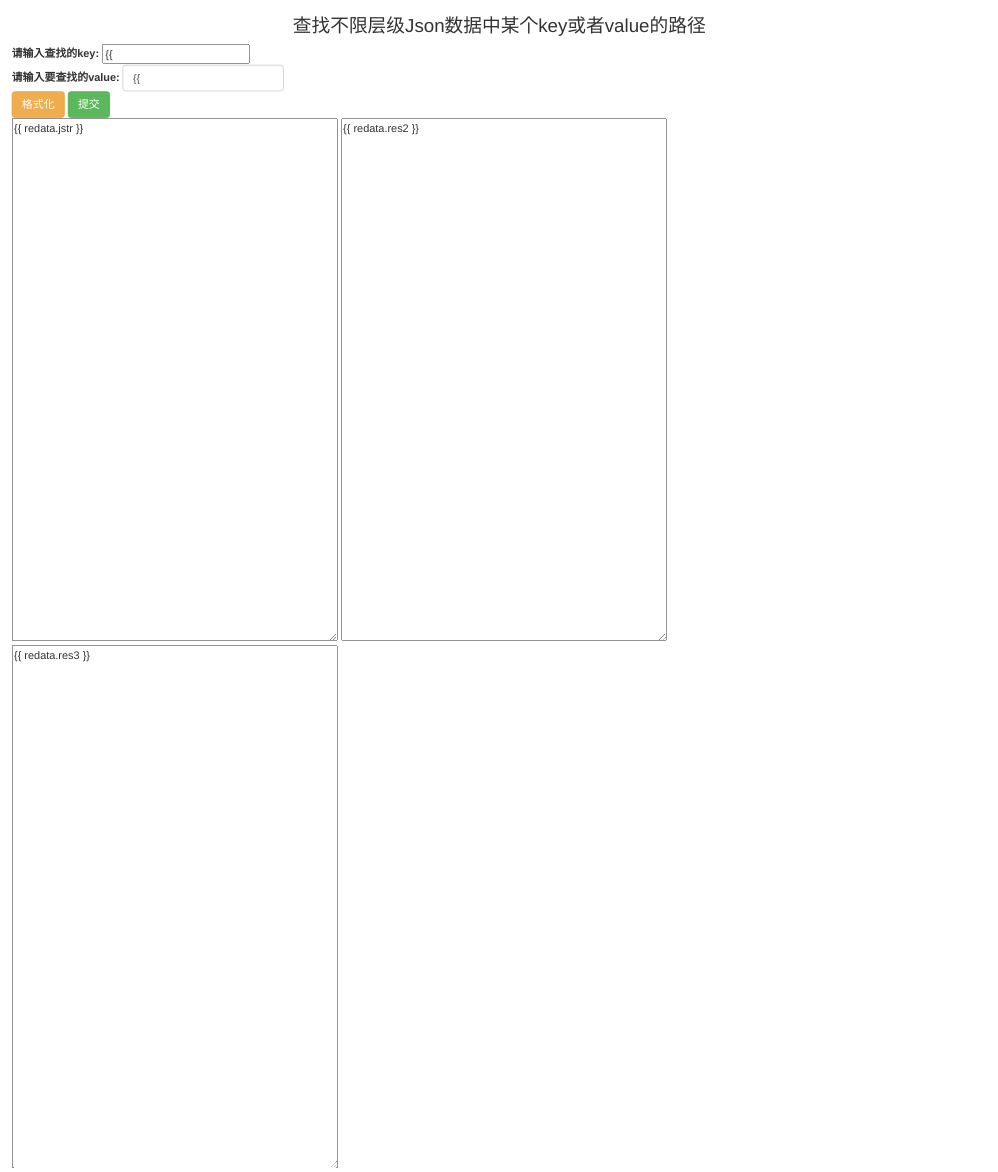
Repository: wangyanqing666/study
Page: other.html
These files come from the project's save history. The page is drawn as it stood at one moment and after the next save; the edit follows.
The browser window is 1280 px wide. The pictures show the whole page, at 78% of full size.
Some web libraries are served in a nearby version.

Above is the page before, as saved 2020-12-03 11:18:06.

After the next save:
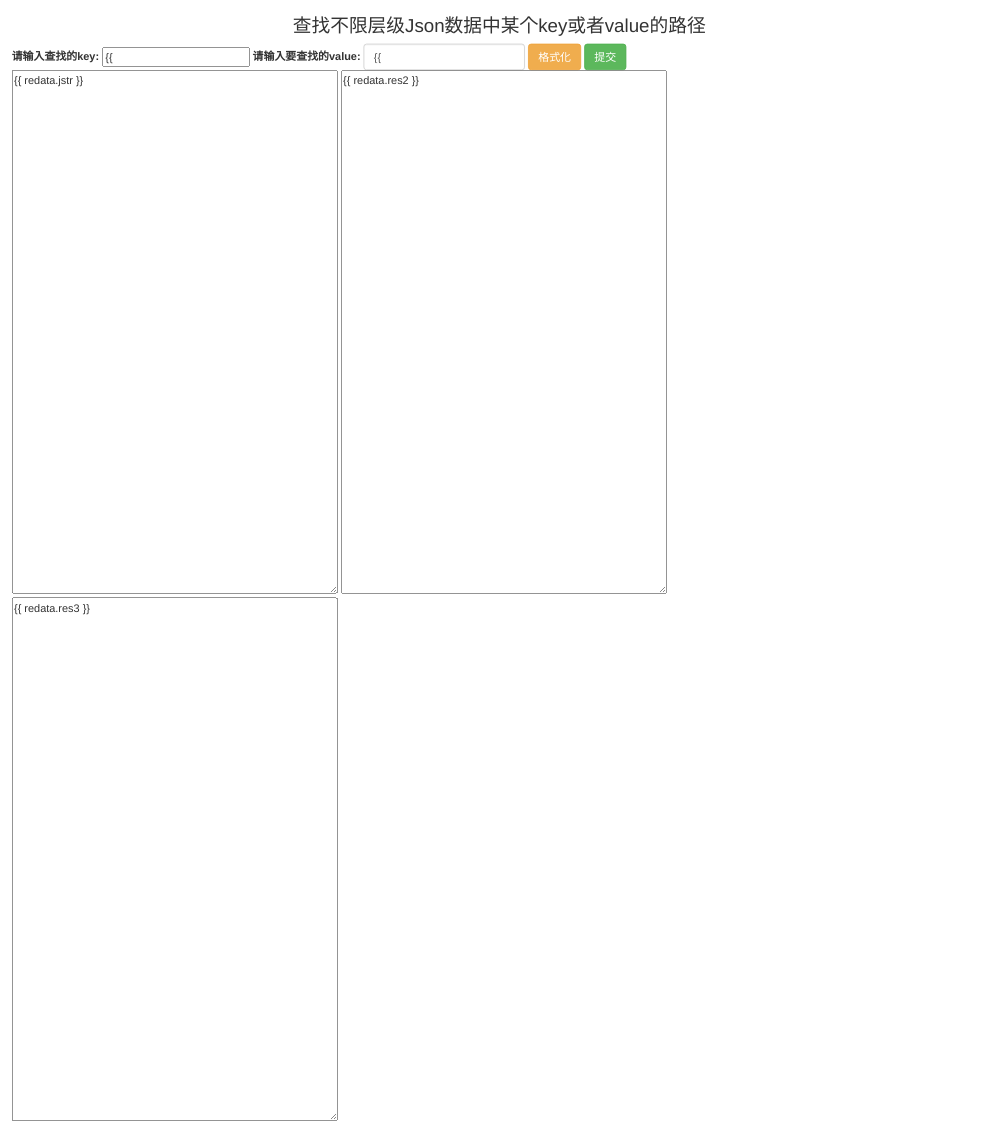
Saved 14 s later.
--- a/other.html
+++ b/other.html
@@ -26,14 +26,14 @@
                 <input class="form-group" type="text" id="key" name="key" value={{ redata.key }}>
             </div>
 
-            <div >
+            <div class="form-group">
                 <label>请输入要查找的value: </label>
                 <input class="form-control" type="text" id="key1" name="key1" value={{ redata.value }}>
+                <button type="button" class="btn btn-warning" id="formatting" onclick="beautify();">格式化</button>
+                <input type="submit" class="btn btn-success" value="提交">
+
             </div>
-            <div>
-                                <button type="button" class="btn btn-warning" id="formatting" onclick="beautify();">格式化</button>
-                                <input type="submit" class="btn btn-success" value="提交">
-            </div>
+
 
             <div class="form-group">
 
